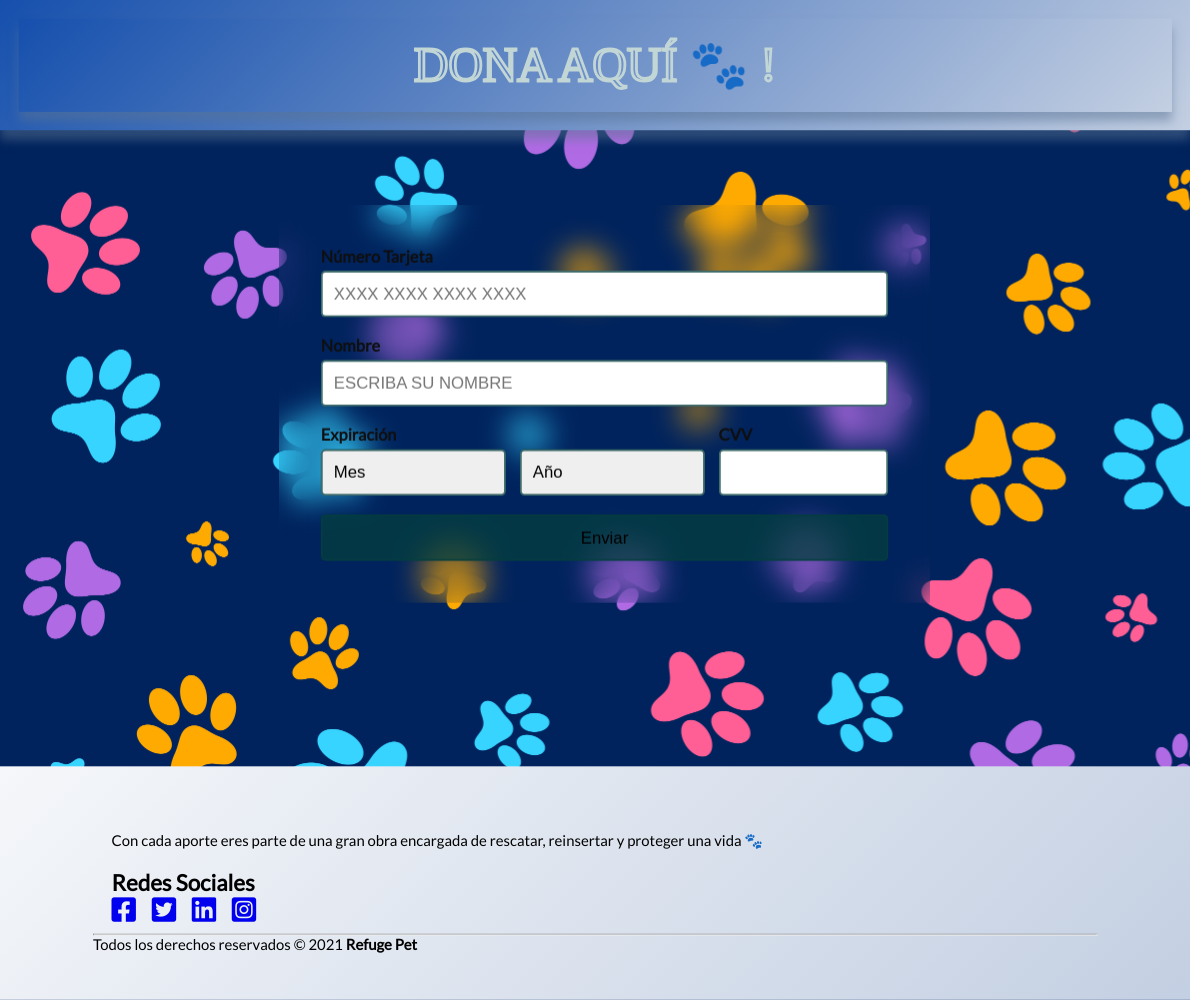
Repository: andreasvidal/SCL019-card-validation
Page: src/views/cardvalidation.html
The author's editor kept a copy of each file at every save. The page is drawn from the files as they stood at one save, then again after the next save.
The browser window is 1280 px wide. The pictures show the whole page, at 93% of full size.
Some web fonts or font styles are not loaded; a fallback is used. Some web libraries are served in a nearby version.

Above is the page before, as saved 2022-04-13 09:59:54.

### src/views/cardvalidation.html
<!DOCTYPE html>
<html lang="en">

<head>
    <meta charset="UTF-8" />
    <meta http-equiv="X-UA-Compatible" content="IE=edge" />
    <meta name="viewport" content="width=device-width, initial-scale=1.0" />
    <link rel="preconnect" href="https://fonts.googleapis.com" />
    <link rel="preconnect" href="https://fonts.gstatic.com" crossorigin />
    <link href="https://fonts.googleapis.com/css2?family=Lato:ital,wght@0,400;1,700&display=swap" rel="stylesheet" />
    <link rel="preconnect" href="https://fonts.googleapis.com" />
    <link rel="preconnect" href="https://fonts.gstatic.com" crossorigin />
    <link href="https://fonts.googleapis.com/css2?family=Hurricane&family=Lato:ital,wght@1,700&display=swap" rel="stylesheet" />
    <link rel="stylesheet" href="https://use.fontawesome.com/releases/v5.8.1/css/all.css" integrity="sha384-50oBUHEmvpQ+1lW4y57PTFmhCaXp0ML5d60M1M7uH2+nqUivzIebhndOJK28anvf" crossorigin="anonymous" />
    <link rel="stylesheet" href="../css/formstyle.css" />
    <link rel="stylesheet" href="../css/style.css" />
    <title>Formulario</title>
</head>

<!--contenido principal formulario-->

<body>
    <div class="subtitle">
        <p class="subtitle">DONA AQUÍ 🐾 !</p>
    </div>
    <form id="formValidation" class="form-validation">
        <div class="bg-blur">
            <div class="data-card" id="dataForm">
                <label for="inputNumber">Número Tarjeta</label>
                <input type="text" id="inputNumber" name="number" maxlength="16" autocomplete="off" pattern="[0-9]+" placeholder="XXXX XXXX XXXX XXXX" required />
                <h5 id="print"></h5>
            </div>
            <div class="data-card">
                <label for="inputNameUser">Nombre </label>
                <input type="text" id="inputNameUser" name="nameUser" placeholder="Escriba su nombre" required />
                <h5 id="print"></h5>
            </div>
            <!--datos expiración tarjeta-->
            <div class="flexbox">
                <div class="data-card expider-date">
                    <label for="monthSelect">Expiración</label>
                    <div class="flexbox">
                        <div class="data-card-select">
                            <select name="monthSelect" id="monthSelect" required>
                <option disabled selected>Mes</option>
                <option value="1">1</option>
                <option value="2">2</option>
                <option value="3">3</option>
                <option value="4">4</option>
                <option value="5">5</option>
                <option value="6">6</option>
                <option value="7">7</option>
                <option value="8">8</option>
                <option value="9">9</option>
                <option value="10">10</option>
                <option value="11">11</option>
                <option value="12">12</option>
              </select>
                        </div>
                        <div class="data-card-select">
                            <select name="yearSelect" id="yearSelect" required>
                <option disabled selected>Año</option>
                <option value="2">2014</option>
                <option value="5">2015</option>
                <option value="6">2016</option>
                <option value="7">2017</option>
                <option value="8">2018</option>
                <option value="9">2019</option>
                <option value="10">2020</option>
                <option value="11">2021</option>
                <option value="12">2022</option>
              </select>
                        </div>
                    </div>
                </div>
                <div class="data-card ccv">
                    <label for="inputCcv">CVV</label>
                    <input type="text" id="inputCcv" name="inputCcv" maxlength="3" required />
                </div>
            </div>
            <button type="submit" value="sendForm" class="btn-send" id="sendForm">
        Enviar
      </button>
        </div>
    </form>
    <footer>
        <div class="container__footer">
            <div class="box__footer">
                <div class="terms">
                    <p>
                        Con cada aporte eres parte de una gran obra encargada de rescatar, reinsertar y proteger una vida 🐾
                    </p>
                </div>
            </div>
            <div class="box__footer">
                <h2>Redes Sociales</h2>
                <a href="#"> <i class="fab fa-facebook-square"></i></a>
                <a href="#"><i class="fab fa-twitter-square"></i></a>
                <a href="#"><i class="fab fa-linkedin"></i></a>
                <a href="#"><i class="fab fa-instagram-square"></i></a>
            </div>
        </div>
        <div class="box__copyright">
            <hr />
            <p>Todos los derechos reservados © 2021 <b>Refuge Pet</b></p>
        </div>
    </footer>
    <!-- jQuery-->
    <script src="https://ajax.googleapis.com/ajax/libs/jquery/3.6.0/jquery.min.js"></script>
    <!--materialize -->
    <!--JS-->
    <script src="../js/index.js" type="module"></script>
</body>

</html>

### src/css/formstyle.css
* {
    padding: 0;
    margin: 0;
    box-sizing: border-box;
}

body {
    font-family: 'Lato', 'sans-serif';
    background-image: url(../assets/img/fondopatas.jpg);
    background-size: cover;
    background-repeat: no-repeat;
}


/*estilos formulario validacion*/

.form-validation {
    color: beige;
    width: 100%;
    max-width: 700px;
    margin-left: 300px;
    border-radius: 10px;
    position: relative;
    top: 80px;
    z-index: 1;
}

.bg-blur {
    backdrop-filter: blur(1rem);
    width: 100%;
    padding: 45px;
}

.form-validation label {
    display: block;
    color: rgb(15, 15, 15);
    margin-bottom: 5px;
    font-size: 1.1rem;
    font-weight: 700;
}

.form-validation input,
.form-validation select,
.btn-send {
    border: 2px solid rgba(4, 63, 63, 0.753);
    font-size: 18px;
    height: 50px;
    width: 100%;
    padding: 5px 12px;
    border-radius: 5px;
}

.form-validation input:hover,
.form-validation select:hover {
    border: 2px solid rgb(23, 24, 24);
}

.form-validation input:focus,
.form-validation select:focus {
    outline: rgb(173, 182, 182);
    box-shadow: 0 8px 8px 0 rgba(32, 38, 46, 0.3);
}

.form-validation input {
    margin-bottom: 20px;
    text-transform: uppercase;
}

.form-validation .flexbox {
    display: flex;
    justify-content: space-between;
}

.form-validation .expider-date {
    width: 100%;
}

.form-validation .ccv {
    min-width: 10px;
}

.form-validation .data-card-select {
    width: 100%;
    margin-right: 15px;
    position: relative;
}

.form-validation select {
    -webkit-appearance: none;
}


/*backgrond btn enviar*/

.btn-send {
    background: rgba(4, 63, 63, 0.753);
    ;
}

.btn-send:hover {
    background-color: rgba(94, 126, 136, 0.651);
    cursor: pointer;
}

#print {
    color: rgb(38, 41, 41);
    font-size: 16px;
}


/*footer*/

.terms {
    height: 30px;
    margin-bottom: 50px;
}

footer {
    width: 100%;
    padding: 50px 100px;
    margin-top: 20%;
    background-size: cover;
    /*background: rgb(58, 89, 180);*/
    background-image: linear-gradient(135deg, #f5f7fa 0%, #c3cfe2 100%);
}

.box__footer {
    padding: 20px;
    height: 10px;
}

.fab {
    padding-right: 40px;
    width: 20px;
    height: 20px;
    font-size: 30px;
}

.box__copyright {
    padding-top: 50px;
}

### src/css/style.css
     * {
         padding: 0;
         margin: 0;
         box-sizing: border-box;
     }

     body {
         font-family: 'Lato', 'sans-serif';
         background-image: url(../assets/img/fondopatas.jpg);
     }
     /*estilo titulo*/

     .title-h1 {
         font-family: 'Raleway', sans-serif;
         text-decoration: underline overline wavy rgba(183, 0, 255, 0.514);
         padding: 40px 100px;
         color: rgb(74, 80, 80);
         display: flex;
         flex-direction: column;
         align-items: center;
         box-shadow: 0 10px 10px 0 rgba(90, 116, 148, 0.3);
         background-image: linear-gradient(135deg, #f5f7fa 0%, #c3cfe2 100%);
         font-size: 8vw;
     }

     .subtitle {
         font-family: 'Shadows Into Light', cursive;
         text-align: center;
         padding: 20px 20px;
         color: rgb(74, 80, 80);
         font-size: 4vw;
         -webkit-text-fill-color: transparent;
         -webkit-text-stroke: 3px rgb(195, 214, 214);
         background-image: linear-gradient(135deg, #1650ad 0%, #c3cfe2 100%);
         box-shadow: 0 10px 10px 0 rgba(90, 116, 148, 0.5);
     }

     .img-banner {
         display: flex;
         height: 500px;
         z-index: -1;
         flex-direction: row;
         margin-left: 50px;
         align-items: center;
         margin-bottom: -50px;
         border-radius: 15px;
     }
     /*contenedor tarjeta*/

     .container {
         width: 90%;
         max-width: 1000px;
         padding: 20px 60px;
         margin: auto;
         display: flex;
         /* deja los elementos en forma de columna*/
         flex-direction: column;
         /*align-items no sirve para centrar de forma vertical (se utiliza justify), se utiliza al cambiar la dirección con flex-direction*/
         align-items: center;
     }
     /*estilo tarjeta*/

     .card {
         padding-top: 30px;
         width: 100%;
         max-width: 550px;
         position: relative;
         color: rgb(37, 36, 36);
         cursor: pointer;
     }

     .card>div {
         padding: 30px;
         border-radius: 15px;
         min-height: 315px;
         display: flex;
         flex-direction: column;
         justify-content: space-between;
         box-shadow: 0 10px 10px 0 rgba(90, 116, 148, 0.822);
     }

     .style-card {
         width: 100%;
         background: url(../assets/img/background-card/bg-img-2.jpg);
         background-size: cover;
     }
     /*para mantener el espeacio de la imagen logo (contenedor vacio)*/

     .style-card .logo-card {
         text-align: right;
         min-height: 50px;
     }

     .style-card .logo-card img {
         width: 100%;
         height: 100%;
         object-fit: cover;
         max-width: 80px;
     }

     .style-card .chip-card {
         width: 100%;
         max-width: 50px;
         margin-bottom: 20px;
     }

     .style-card .form-group .card-label {
         font-size: 16px;
         color: rgb(115, 131, 131);
         margin-bottom: 5px;
     }

     .style-card .card-group .number-card,
     .style-card .card-group .name-card,
     .style-card .card-group .expider {
         /*color: rgb(74, 80, 80);*/
         font-size: 22px;
         text-transform: uppercase;
     }

     .style-card .flexbox {
         display: flex;
         justify-content: space-between;
         margin-top: 20px;
     }
     /*btn abrir formulario*/

     .btn-open {
         color: rgb(195, 214, 214);
         box-shadow: 0 10px 10px 0 rgba(90, 116, 148, 0.3);
         background: rgba(183, 0, 255, 0.514);
         width: 50px;
         height: 50px;
         margin-top: -10px;
         border-radius: 100%;
         z-index: 2;
     }

     .btn-open:hover {
         opacity: 0.50;
         -moz-opacity: .50;
         filter: alpha (opacity=50);
     }

     .btn-open {
         text-decoration: none;
         padding-top: 15px;
         text-align: center;
     }
     /*footer*/

     .terms {
         height: 30px;
         margin-bottom: 50px;
     }

     footer {
         width: 100%;
         padding: 50px 100px;
         margin-top: 20%;
         background-size: cover;
         /*background: rgb(58, 89, 180);*/
         background-image: linear-gradient(135deg, #f5f7fa 0%, #c3cfe2 100%);
         box-shadow: 0 10px 10px 0 rgba(90, 116, 148, 0.3);
     }

     .box__footer {
         padding: 20px;
         height: 10px;
     }

     .fab {
         padding-right: 40px;
         width: 20px;
         height: 20px;
         font-size: 30px;
     }

     .box__copyright {
         padding-top: 50px;
     }

### src/js/index.js
/*import validator from '../js/validator.js';

//Llamando al DOM

const btnForm = document.getElementById("sendForm");
const form = document.getElementById("#formValidation");
btnForm.addEventListener('click', function(e) {
    e.preventDefault();
    let creditCardNumber = document.getElementById('inputNumber').value;
    let maskified = validator.maskify(creditCardNumber);
    if (creditCardNumber === "") {
        return document.getElementById("print").innerHTML = "Reingrese su número de tarjeta sin espacios ni carácteres especiales";
    } else {
        return document.getElementById("print").innerHTML = "Tu tarjeta N° " + maskified + " es válida";
    }
})


// inputName solo letras, inputCcv y inputNumber  solo numeros
let inputNumber = document.getElementById('inputNumber');
let inputName = document.getElementById('inputNameUser');
let inputCcv = document.getElementById('inputCcv');

const onlyNum = /[^0-9]/g;
const onlypLet = /[^a-zA-ZÑñáéíóúÁÉÍÓÚ\s]*$/g;
inputNumber.addEventListener('input', function() {
    inputNumber.value = inputNumber.value.replace(onlyNum, '');
});
inputName.addEventListener('input', function() {
    inputName.value = inputName.value.replace(onlypLet, '');
});
inputCcv.addEventListener('input', function() {
    inputCcv.value = inputCcv.value.replace(onlyNum, '');
});

// mes y años
for (let i = 1; i <= 12; i++) {
    let optionDate = document.createElement('option');
    optionDate.value = i;
    optionDate.innerText = i;
    form.monthSelect.appendChild(optionDate);
}

// * Select del año generado dinamicamente.
const yearActual = new Date().getFullYear();
for (let i = yearActual; i <= yearActual + 8; i++) {
    let optionDate = document.createElement('option');
    optionDate.value = i;
    optionDate.innerText = i;
    optionDate.selectYear.appendChild(optionDate);
}*/

After the next save:
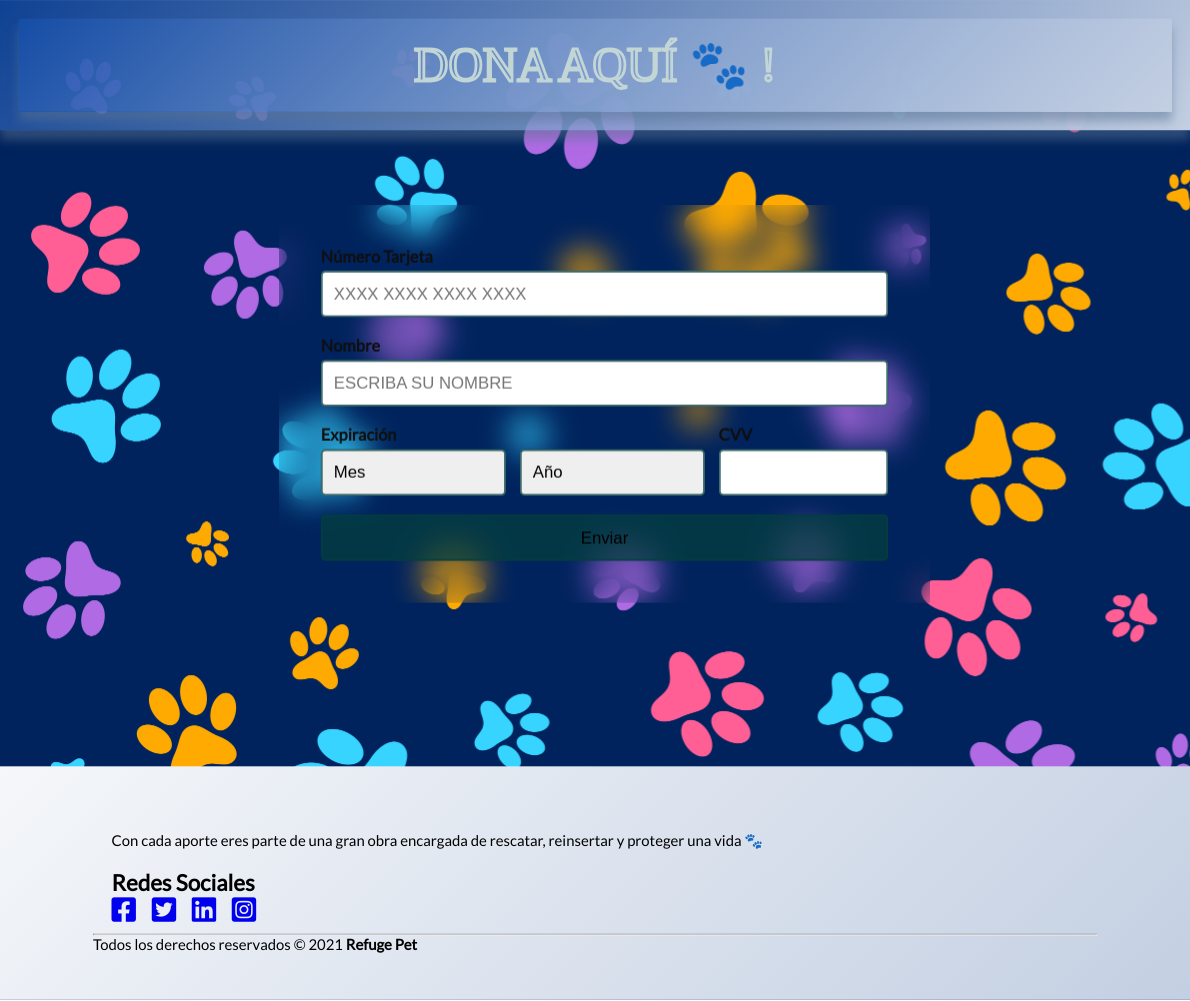
Saved 37 s later.
--- a/src/css/style.css
+++ b/src/css/style.css
@@ -31,7 +31,7 @@
          font-size: 4vw;
          -webkit-text-fill-color: transparent;
          -webkit-text-stroke: 3px rgb(195, 214, 214);
-         background-image: linear-gradient(135deg, #1650ad 0%, #c3cfe2 100%);
+         background-image: linear-gradient(135deg, #1650adad 0%, #c3cfe2 100%);
          box-shadow: 0 10px 10px 0 rgba(90, 116, 148, 0.5);
      }
 
